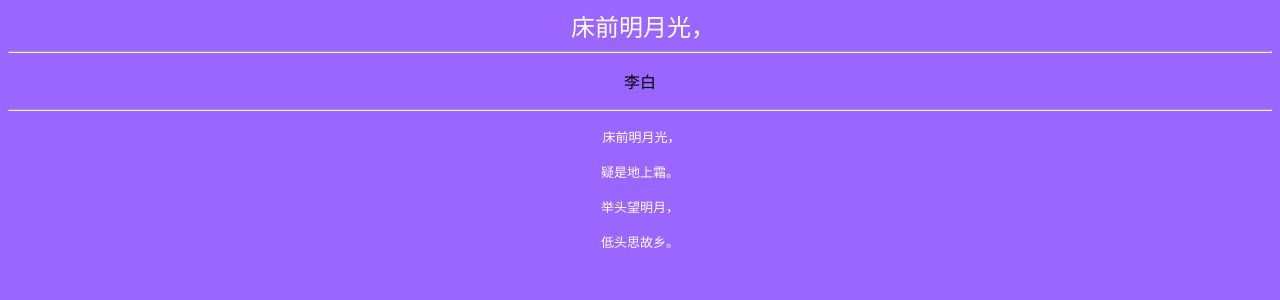
Repository: 13982720426/jsp-homework
Page: JSP实验课作业/JSP实验课1/sy2-4.html
The author's editor kept a copy of each file at every save. The page is drawn from the files as they stood at one save, then again after the next save.
The browser window is 1280 px wide. The pictures show the whole page.

Above is the page before, as saved 2021-04-21 20:20:00.

After the next save:
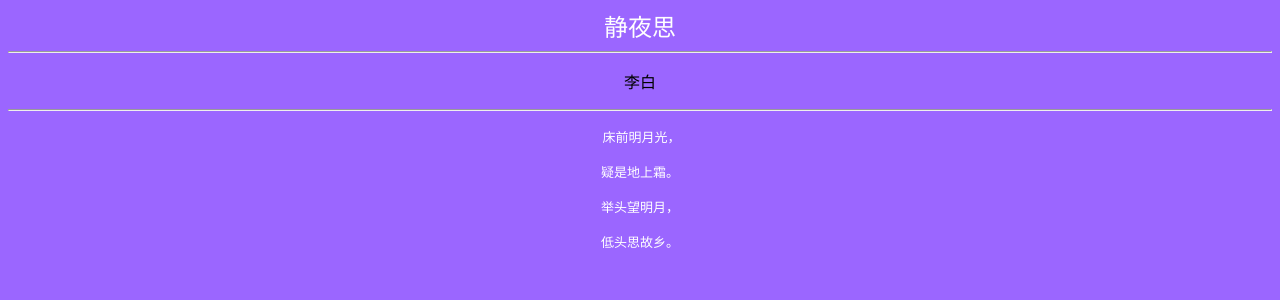
Saved 21 s later.
--- a/JSP实验课作业/JSP实验课1/sy2-4.html
+++ b/JSP实验课作业/JSP实验课1/sy2-4.html
@@ -14,7 +14,7 @@
 
 <body text=black bgcolor='#9b66ff'>
     <div class="divcss">
-        <font size="5" color="#ffffff">&nbsp;床前明月光，</font>
+        <font size="5" color="#ffffff">静夜思</font>
         <hr />
         <p>
             <font size="3">李白</font>
